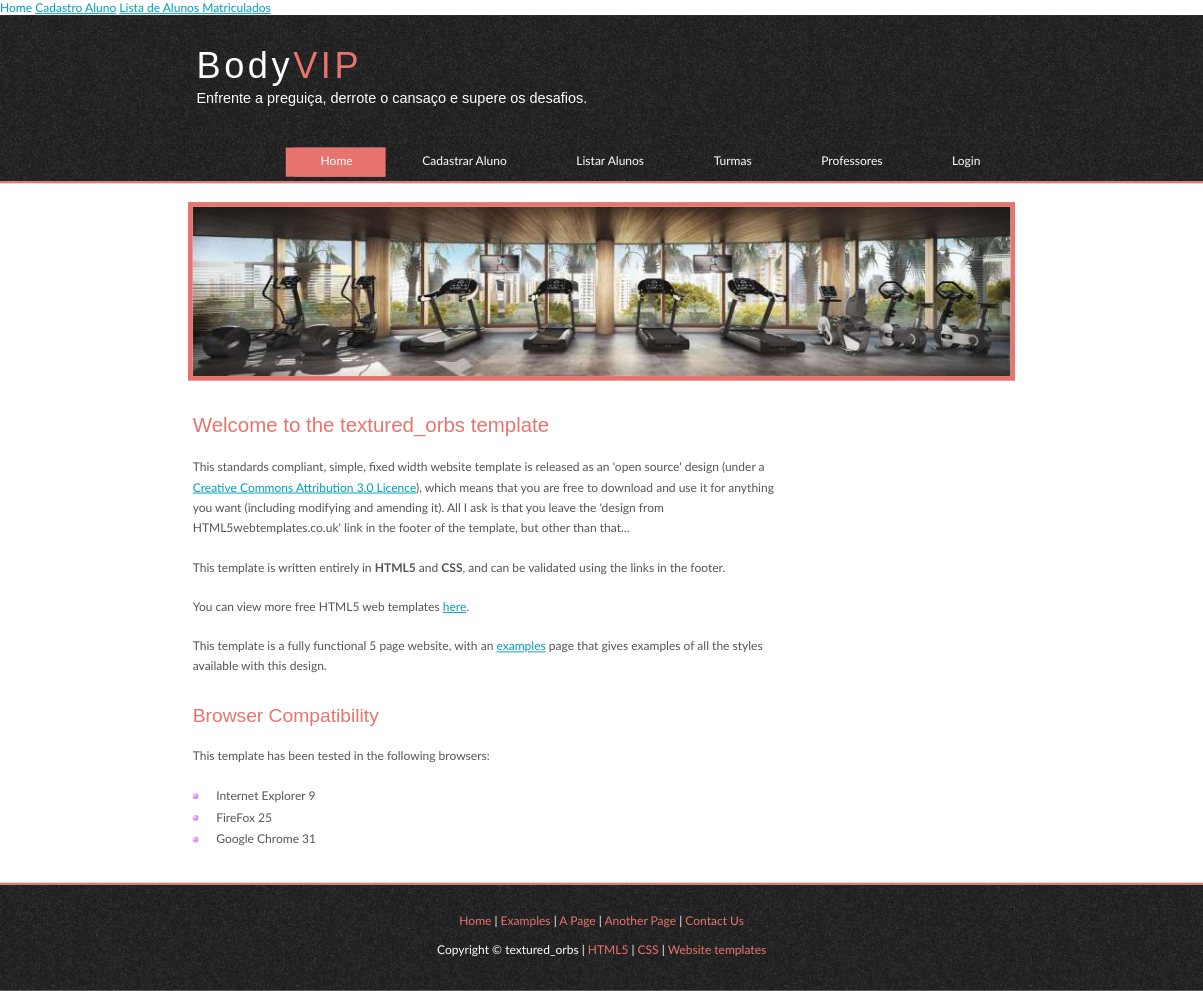
Repository: Thais-Ferreira/Projeto_bodyVIP
Page: http://localhost/BodyVIP/home.jsp
The author's editor kept a copy of each file at every save. The page is drawn from the files as they stood at one save, then again after the next save.
The browser window is 1280 px wide. The pictures show the whole page, at 94% of full size.
The page is served by Tomcat 9.

Above is the page before, as saved 2017-06-18 23:24:52.

After the next save:
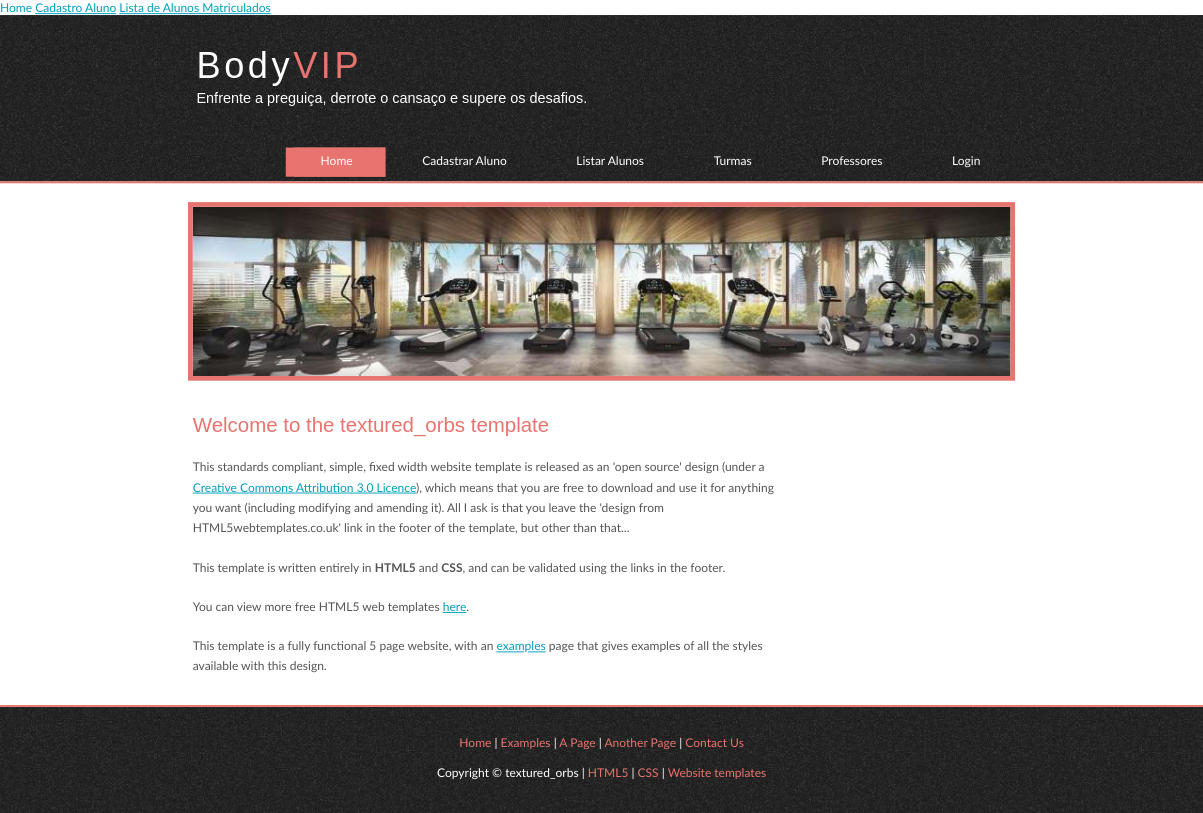
Saved 68 s later.
--- a/BodyVIP/WebContent/home.jsp
+++ b/BodyVIP/WebContent/home.jsp
@@ -41,13 +41,6 @@
         <p>This template is written entirely in <strong>HTML5</strong> and <strong>CSS</strong>, and can be validated using the links in the footer.</p>
         <p>You can view more free HTML5 web templates <a href="http://www.html5webtemplates.co.uk">here</a>.</p>
         <p>This template is a fully functional 5 page website, with an <a href="examples.html">examples</a> page that gives examples of all the styles available with this design.</p>
-        <h2>Browser Compatibility</h2>
-        <p>This template has been tested in the following browsers:</p>
-        <ul>
-          <li>Internet Explorer 9</li>
-          <li>FireFox 25</li>
-          <li>Google Chrome 31</li>
-        </ul>
       </div>
     </div>
     <div id="content_footer"></div>
